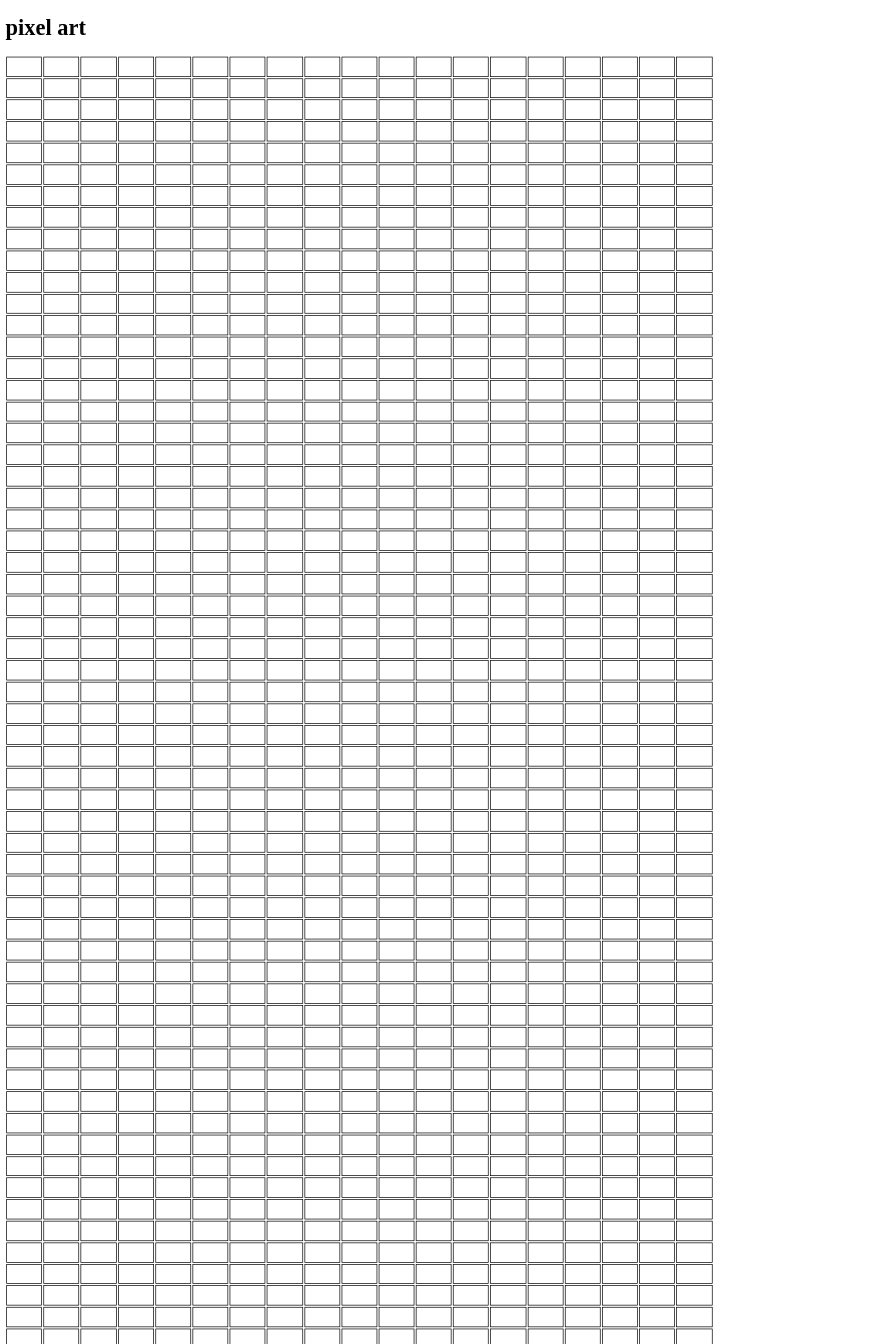
Repository: bechara611/pixelartdb
Page: /
The author's editor kept a copy of each file at every save. The page is drawn from the files as they stood at one save, then again after the next save.
The browser window is 1280 px wide. The pictures show the part of the page from y = 0 to 1920 px (the page is 9503 px tall before and 720 px after), at 70% of full size.
The project was rebuilt for these pictures with package versions that can differ from the ones it lists, and the page was loaded fresh each time. Also part of the build but not shown: vite.config.js.

Above is the page before, as saved 2023-03-05 20:22:18.

After the next save:
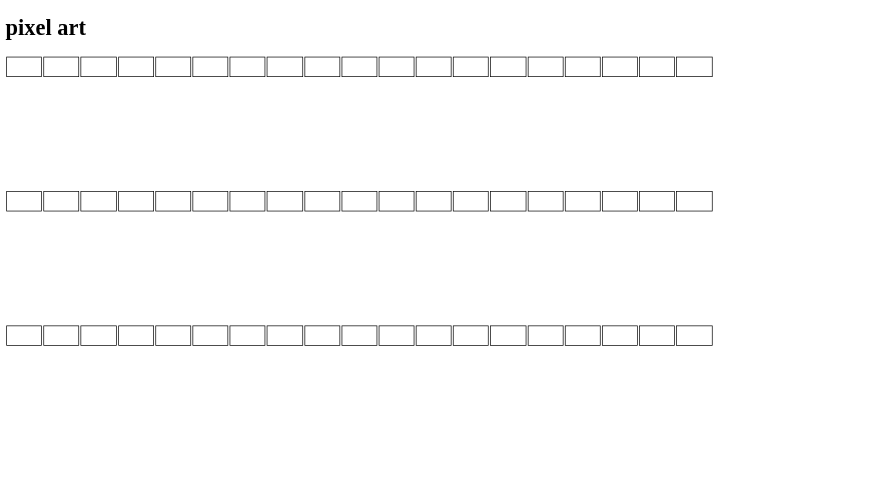
Saved 3 min 56 s later.
--- a/src/App.jsx
+++ b/src/App.jsx
@@ -17,7 +17,7 @@ console.log(contenedor.offsetHeight)
 console.log(contenedor.offsetWidth)
 let row = Math.floor(contenedor.offsetHeight/10)
 let col = Math.floor(contenedor.offsetWidth/10);
-setPixels(Array.from({length:col*row}))
+setPixels(Array.from({length:row}))
 }, [])
 
 const funcionArray=(index)=>{
